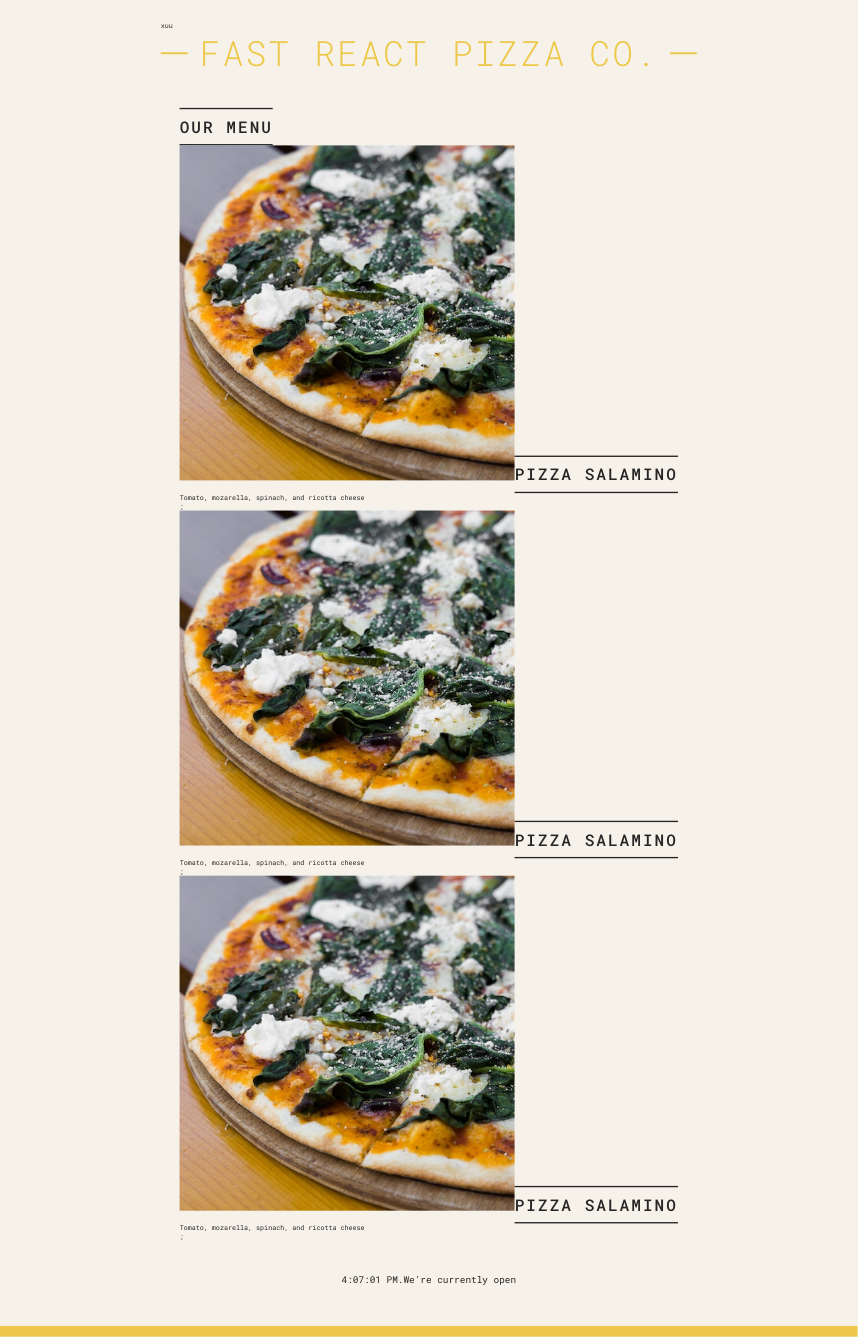
Repository: Aaryan-Poria/pizza-menu
Page: /
The author's editor kept a copy of each file at every save. The page is drawn from the files as they stood at one save, then again after the next save.
The browser window is 1280 px wide. The pictures show the whole page, at 67% of full size.
The project was rebuilt for these pictures with package versions that can differ from the ones it lists, and the page was loaded fresh each time.

Above is the page before, as saved 2023-10-10 21:18:52.

After the next save:
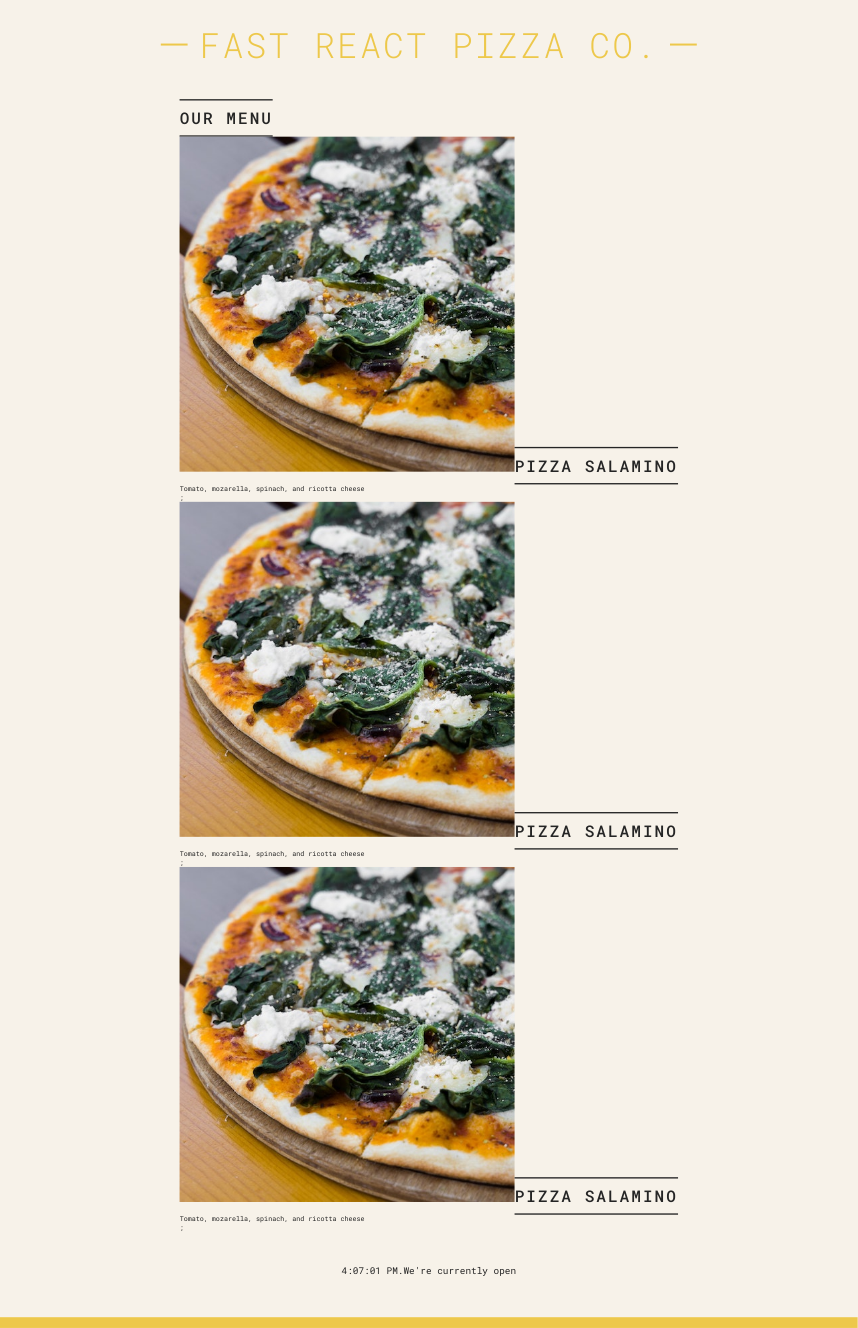
Saved 2 min 41 s later.
--- a/src/index.js
+++ b/src/index.js
@@ -71,7 +71,6 @@ function Header() {
   const style = {}; // A JS Object
   return (
     <header className="header">
-      xuu
       <h1 style={style}>Fast React Pizza Co.</h1>
     </header>
   ); // CSS in JSX is an object. We have another {} to basically enter JS Mode
